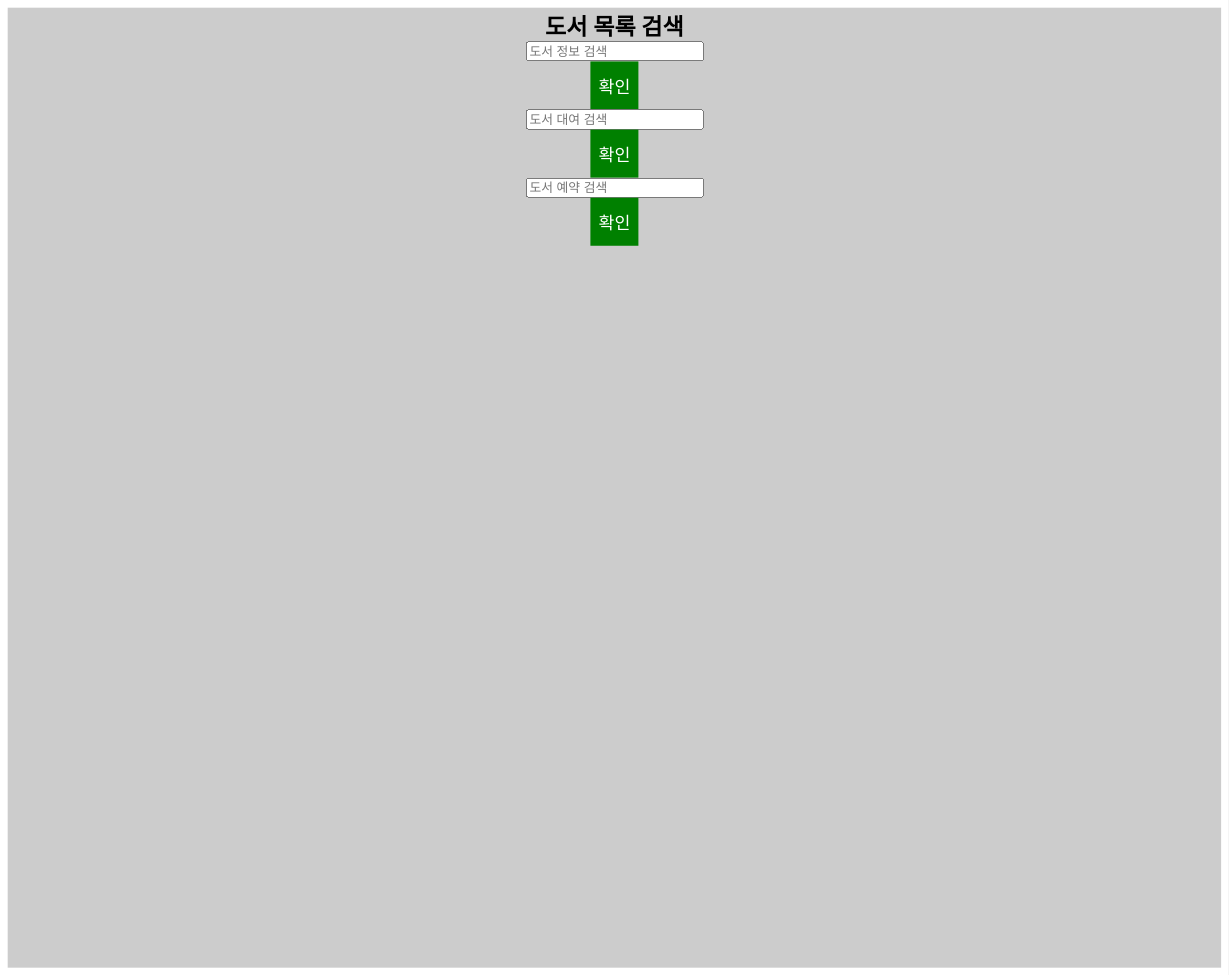
Repository: hii9505/DB_engineering_education
Page: http://localhost/TestIsp/booksearch.jsp
An editor plug-in stored every save of this project. The page is shown before and after the next save, followed by the edit.
The browser window is 1280 px wide. The pictures show the whole page, at 96% of full size.
The page is served by Tomcat 9. Queries for data that is not in the repository find no rows.

Above is the page before, as saved 2019-12-20 16:37:38.

After the next save:
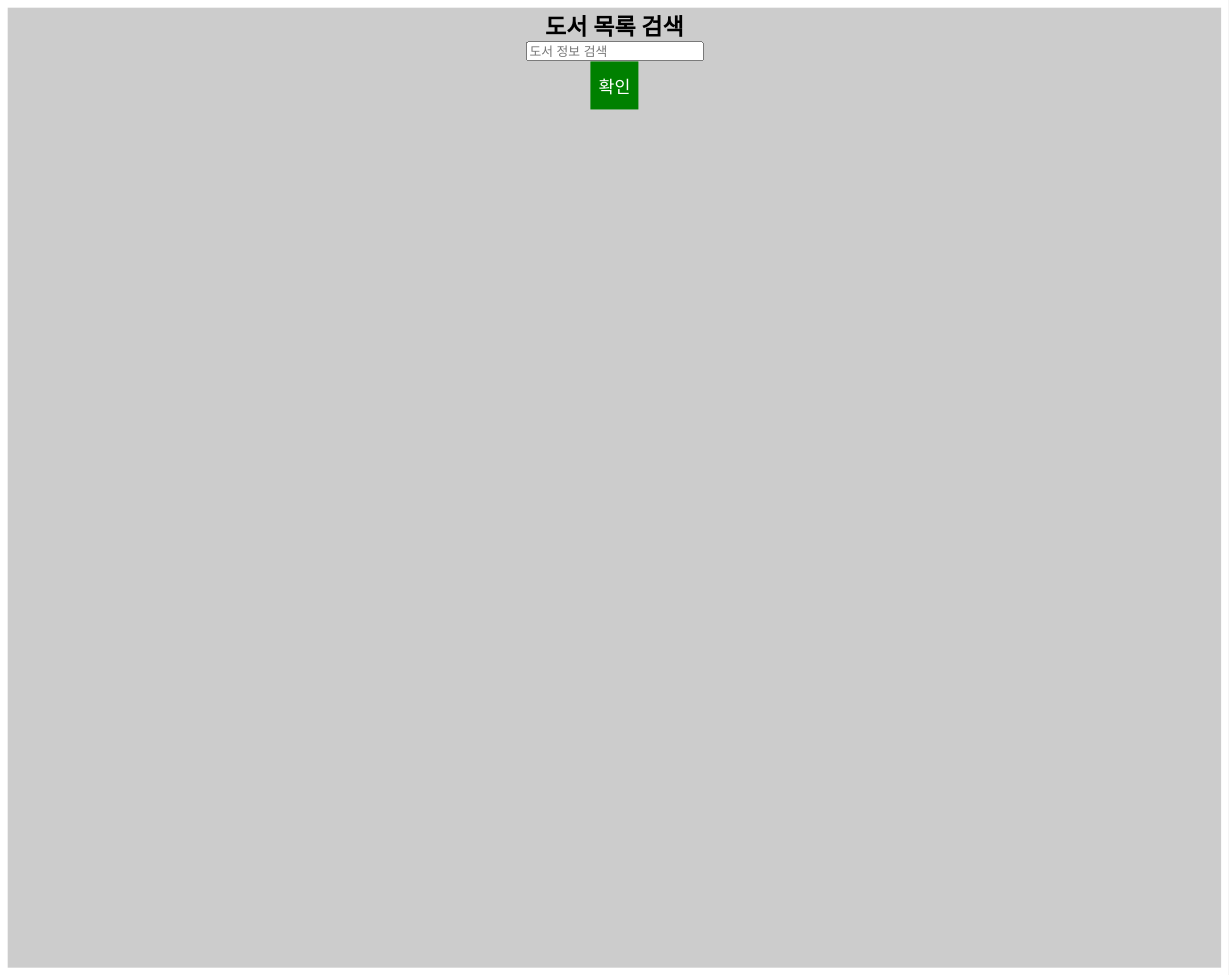
Saved 4 min 46 s later.
--- a/eclipse-workspace/TestISP/TestIsp/WebContent/booksearch.jsp
+++ b/eclipse-workspace/TestISP/TestIsp/WebContent/booksearch.jsp
@@ -73,19 +73,6 @@
            </div>
            <input type="submit" id = "check" value="확인">
 
-           <form method="post" action="booksearch_rent_.jsp">
-           <div>
-           <input type="text" id ="book_rent" name="book_rent" placeholder="도서 대여 검색">
-           </div>
-           <input type="submit" id = "check" value="확인">
-
-           <form method="post" action="booksearch_reservation.jsp">
-           <div>
-           <input type="text" id ="book_reservation" name="book_reservation" placeholder="도서 예약 검색">
-           </div>
-           <input type="submit" id = "check" value="확인">
-           </form>
-
         </center>
     </div>
 
